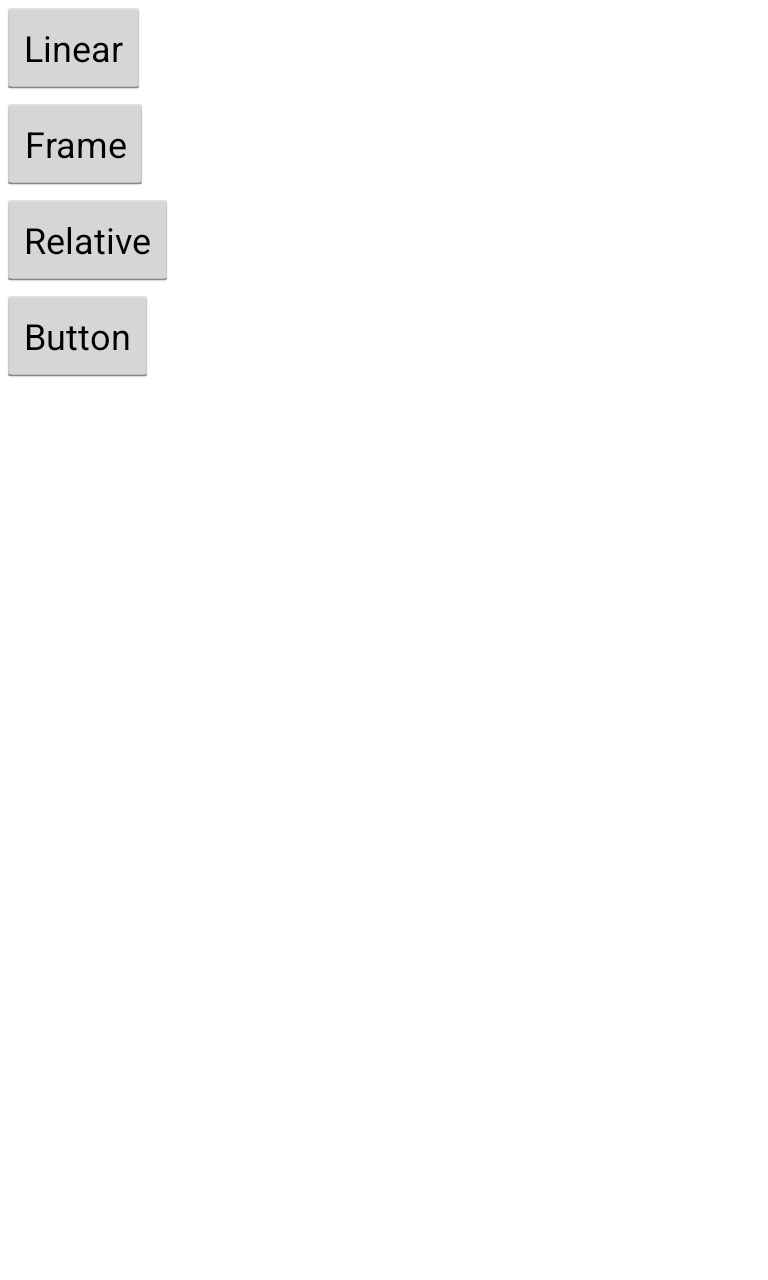
Repository: treizeor/android-examples
Layout: Ch003Layouts/res/layout/linearlayout_main.xml
An editor plug-in stored every save of this project. The layout is shown before and after the next save, followed by the edit.
It is drawn on a 768 x 1280 px phone screen (xhdpi) without system bars, with theme AppTheme; the app's code is not run.

Above is the layout before, as saved 2014-06-02 02:44:50.

### Ch003Layouts/res/layout/linearlayout_main.xml
<?xml version="1.0" encoding="utf-8"?>
<LinearLayout xmlns:android="http://schemas.android.com/apk/res/android"
    android:layout_width="match_parent"
    android:layout_height="match_parent"
    android:orientation="vertical" >

    <Button
        android:id="@+id/linear"
        android:layout_width="wrap_content"
        android:layout_height="wrap_content"
        android:text="@string/linear" />

    <Button
        android:id="@+id/frame"
        android:layout_width="wrap_content"
        android:layout_height="wrap_content"
        android:text="@string/frame" />

    <Button
        android:id="@+id/relative"
        android:layout_width="wrap_content"
        android:layout_height="wrap_content"
        android:text="@string/relative" />

    <Button
        android:id="@+id/button4"
        android:layout_width="wrap_content"
        android:layout_height="wrap_content"
        android:text="Button" />

</LinearLayout>

### Ch003Layouts/res/values/strings.xml
<?xml version="1.0" encoding="utf-8"?>
<resources>

    <string name="app_name">Ch003Layouts</string>
    <string name="hello_world">Hello world!</string>
    <string name="action_settings">Settings</string>
    <string name="linear">Linear</string>
    <string name="frame">Frame</string>
    <string name="relative">Relative</string>

</resources>

Loaded but not shown: Ch003Layouts/res/values/styles.xml (common file); Ch003Layouts/res/values-v11/styles.xml (common file); Ch003Layouts/res/values-v14/styles.xml (common file)

After the next save:
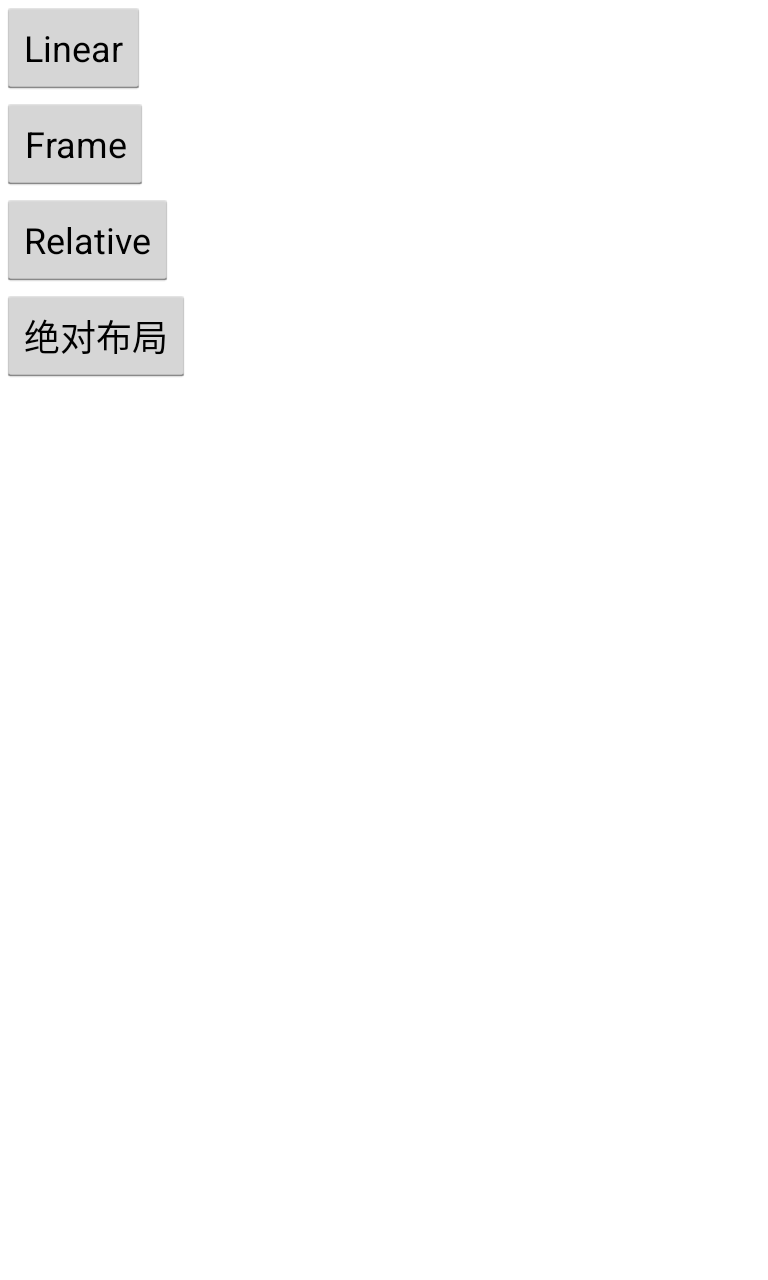
Saved 25 s later.
--- a/Ch003Layouts/res/layout/linearlayout_main.xml
+++ b/Ch003Layouts/res/layout/linearlayout_main.xml
@@ -23,9 +23,9 @@
         android:text="@string/relative" />
 
     <Button
-        android:id="@+id/button4"
+        android:id="@+id/abs"
         android:layout_width="wrap_content"
         android:layout_height="wrap_content"
-        android:text="Button" />
+        android:text="绝对布局" />
 
 </LinearLayout>
